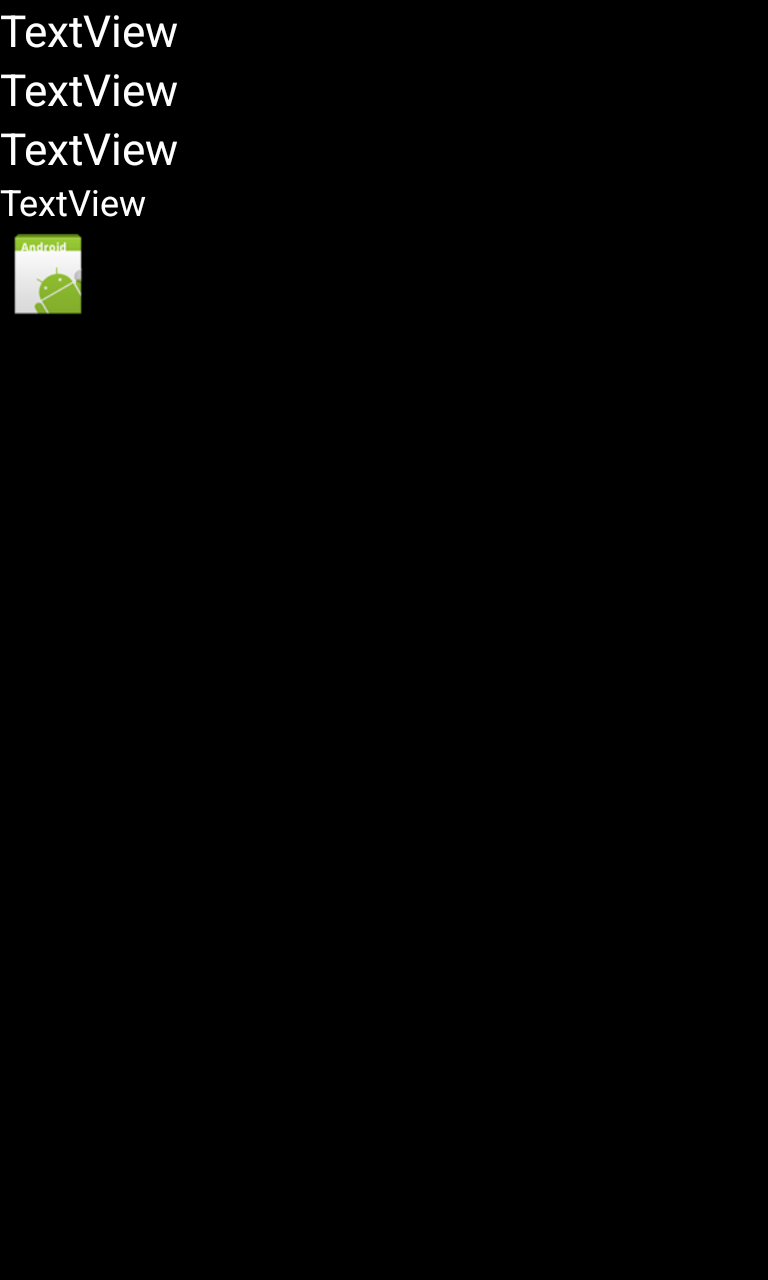
Repository: tomoconnor/PromGuide
Layout: PromGuide/res/layout/guide_detail.xml
An editor plug-in stored every save of this project. The layout is shown before and after the next save, followed by the edit.
It is drawn on a 768 x 1280 px phone screen (xhdpi) without system bars, with theme android:Theme; the app's code is not run.

Above is the layout before, as saved 2011-06-22 23:48:38.

### PromGuide/res/layout/guide_detail.xml
<?xml version="1.0" encoding="utf-8"?>
<LinearLayout
  xmlns:android="http://schemas.android.com/apk/res/android"
  android:layout_width="match_parent"
  android:layout_height="match_parent" android:orientation="vertical" android:id="@+id/llGuide">
    <TextView android:layout_width="wrap_content" android:text="TextView" android:layout_height="wrap_content" android:textAppearance="?android:attr/textAppearanceLarge" android:id="@+id/promName"></TextView>
    <TextView android:layout_width="wrap_content" android:text="TextView" android:layout_height="wrap_content" android:textAppearance="?android:attr/textAppearanceLarge" android:id="@+id/promDay"></TextView>
    <TextView android:layout_width="wrap_content" android:text="TextView" android:layout_height="wrap_content" android:textAppearance="?android:attr/textAppearanceLarge" android:id="@+id/promMonth"></TextView>
    <TextView android:layout_width="wrap_content" android:text="TextView" android:layout_height="wrap_content" android:textAppearance="?android:attr/textAppearanceMedium" android:id="@+id/promYear"></TextView>
    <ImageView android:src="@drawable/icon" android:layout_height="wrap_content" android:layout_width="wrap_content" android:id="@+id/promImage"></ImageView>

</LinearLayout>

After the next save:
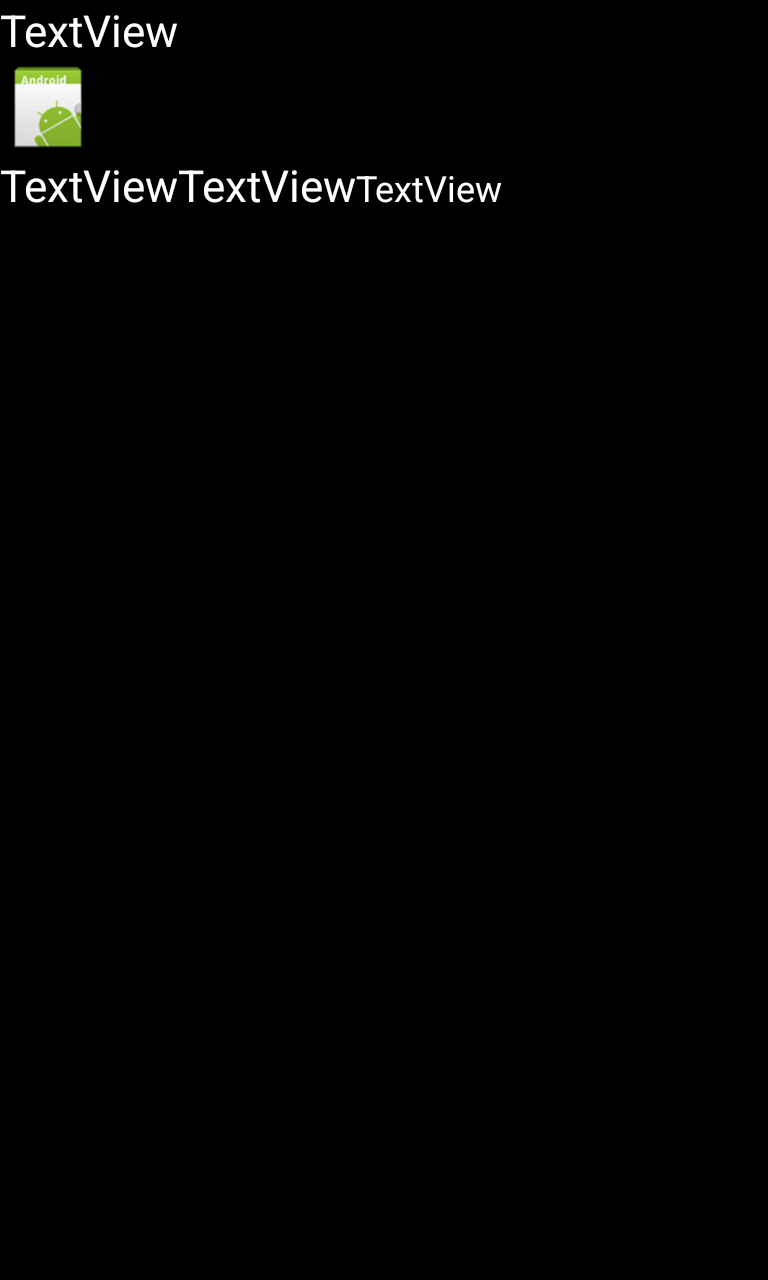
Saved 2 min 13 s later.
--- a/PromGuide/res/layout/guide_detail.xml
+++ b/PromGuide/res/layout/guide_detail.xml
@@ -2,11 +2,13 @@
 <LinearLayout
   xmlns:android="http://schemas.android.com/apk/res/android"
   android:layout_width="match_parent"
-  android:layout_height="match_parent" android:orientation="vertical" android:id="@+id/llGuide">
+  android:layout_height="match_parent" android:id="@+id/llGuide" android:orientation="vertical">
     <TextView android:layout_width="wrap_content" android:text="TextView" android:layout_height="wrap_content" android:textAppearance="?android:attr/textAppearanceLarge" android:id="@+id/promName"></TextView>
-    <TextView android:layout_width="wrap_content" android:text="TextView" android:layout_height="wrap_content" android:textAppearance="?android:attr/textAppearanceLarge" android:id="@+id/promDay"></TextView>
-    <TextView android:layout_width="wrap_content" android:text="TextView" android:layout_height="wrap_content" android:textAppearance="?android:attr/textAppearanceLarge" android:id="@+id/promMonth"></TextView>
-    <TextView android:layout_width="wrap_content" android:text="TextView" android:layout_height="wrap_content" android:textAppearance="?android:attr/textAppearanceMedium" android:id="@+id/promYear"></TextView>
-    <ImageView android:src="@drawable/icon" android:layout_height="wrap_content" android:layout_width="wrap_content" android:id="@+id/promImage"></ImageView>
+    <ImageView android:layout_width="wrap_content" android:layout_height="wrap_content" android:src="@drawable/icon" android:id="@+id/promImage"></ImageView>
+    <LinearLayout android:layout_width="match_parent" android:layout_height="wrap_content" android:id="@+id/linearLayout1">
+        <TextView android:layout_height="wrap_content" android:text="TextView" android:id="@+id/promDay" android:textAppearance="?android:attr/textAppearanceLarge" android:layout_width="wrap_content"></TextView>
+        <TextView android:layout_height="wrap_content" android:text="TextView" android:id="@+id/promMonth" android:textAppearance="?android:attr/textAppearanceLarge" android:layout_width="wrap_content"></TextView>
+        <TextView android:layout_height="wrap_content" android:text="TextView" android:id="@+id/promYear" android:textAppearance="?android:attr/textAppearanceMedium" android:layout_width="wrap_content"></TextView>
+    </LinearLayout>
 
 </LinearLayout>
